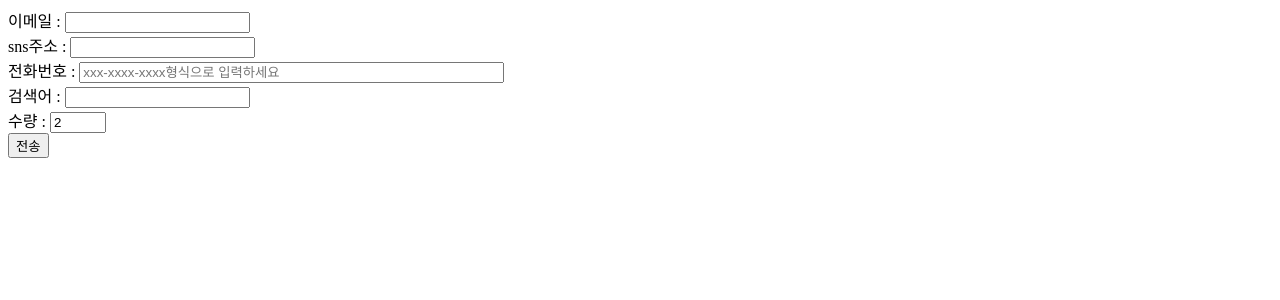
Repository: dhfkdlxm/Lecture-Web
Page: Lecture-Web/WebContent/html/exam05.html
These files come from the project's save history. The page is drawn as it stood at one moment and after the next save; the edit follows.
The browser window is 1280 px wide. The pictures show the whole page.

Above is the page before, as saved 2021-06-10 05:12:27.

After the next save:
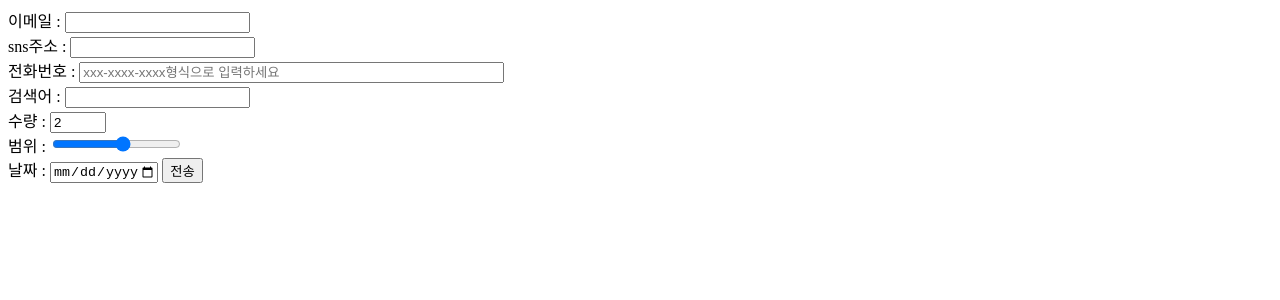
Saved 2 min 43 s later.
--- a/Lecture-Web/WebContent/html/exam05.html
+++ b/Lecture-Web/WebContent/html/exam05.html
@@ -12,7 +12,9 @@
 						placeholder="xxx-xxxx-xxxx형식으로 입력하세요" size=50><br>
 		검색어 : <input type="search"><br>
 		수량 : <input type="number" min="1" max="10" value="2" step ="2"><br>
-		<input type="submit" value="전송">
+		범위 : <input type="range" min="1" max="10"><br>
+		날짜 : <input  type ="date"  max="2021-08-07">
+ 		<input type="submit" value="전송">
 	</form>
 
 </body>
